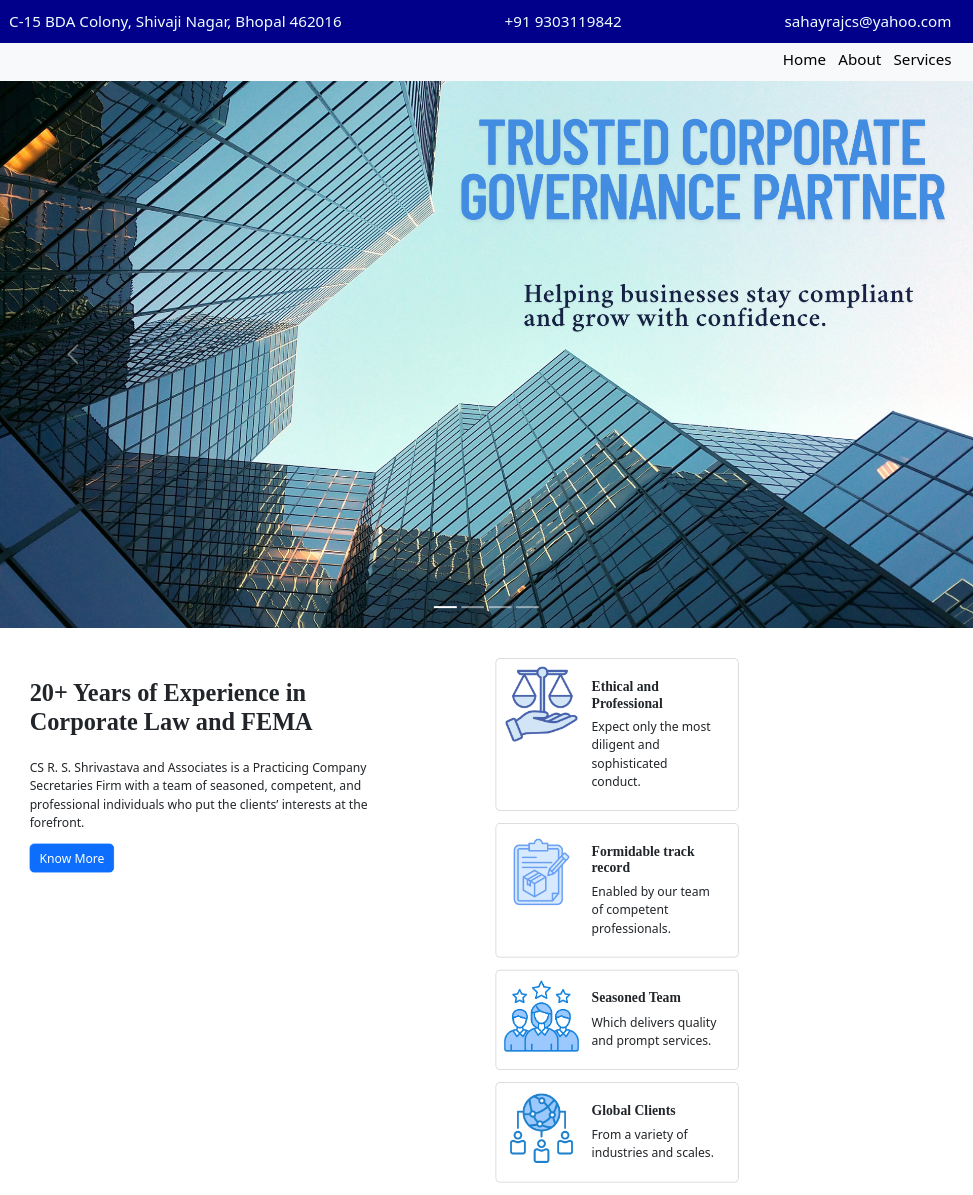
Repository: aayushiss/CS-RSS
Page: index.html
These files come from the project's save history. The page is drawn as it stood at one moment and after the next save; the edit follows.
The browser window is 1280 px wide. The pictures show the whole page, at 76% of full size.

Above is the page before, as saved 2025-05-14 21:25:36.

After the next save:
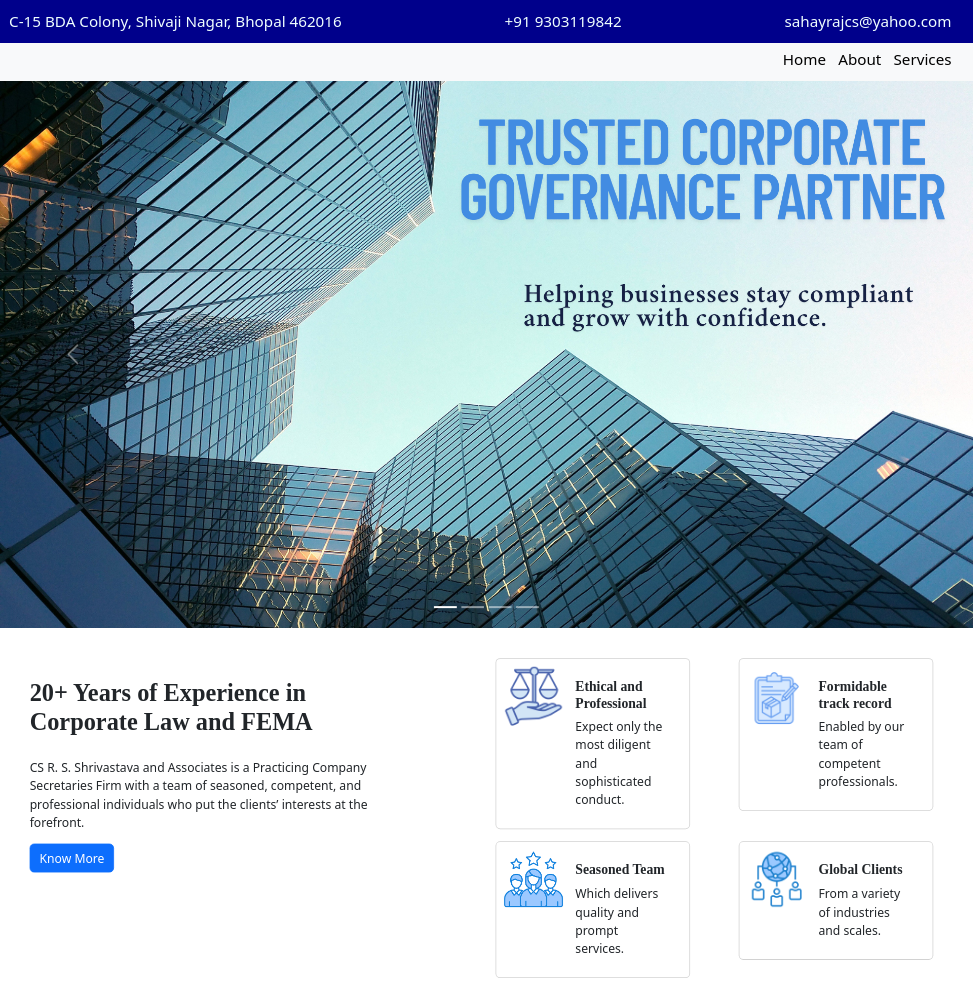
Saved 21 s later.
--- a/index.html
+++ b/index.html
@@ -87,7 +87,7 @@
             <div class="col">
               <div class="row">
                 <div class="col">
-                  <div class="card mb-3" style="width: 25vw;">
+                  <div class="card mb-3" style="width: 20vw;">
                     <div class="row g-0">
                       <div class="col-md-4">
                         <img src="images/8629542.png" class="img-fluid rounded-start" alt="...">
@@ -102,7 +102,7 @@
                   </div>
                 </div>
                 <div class="col">
-                  <div class="card mb-3" style="width: 25vw;">
+                  <div class="card mb-3" style="width: 20vw;">
                     <div class="row g-0">
                       <div class="col-md-4">
                         <img src="images/16919209.png" class="img-fluid rounded-start" alt="...">
@@ -119,7 +119,7 @@
               </div>
               <div class="row">
                 <div class="col">
-                  <div class="card mb-3" style="width: 25vw;">
+                  <div class="card mb-3" style="width: 20vw;">
                     <div class="row g-0">
                       <div class="col-md-4">
                         <img src="images/images.png" class="img-fluid rounded-start" alt="...">
@@ -135,7 +135,7 @@
                   </div>
                 </div>
                 <div class="col">
-                  <div class="card mb-3" style="width: 25vw;">
+                  <div class="card mb-3" style="width: 20vw;">
                     <div class="row g-0">
                       <div class="col-md-4">
                         <img src="images/11743537.png" class="img-fluid rounded-start" alt="...">
